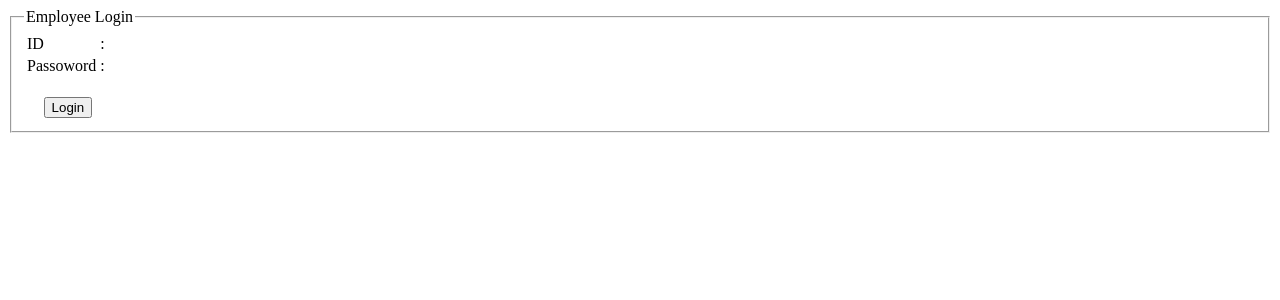
Repository: anishhegde14/TY_CG_HTD_BangaloreNovember_JFS_ANISHHEGDE
Page: ServletsandSprings/mywebapp/src/main/webapp/LoginPage.html
These files come from the project's save history. The page is drawn as it stood at one moment and after the next save; the edit follows.
The browser window is 1280 px wide. The pictures show the whole page.

Above is the page before, as saved 2019-12-16 14:07:17.

### ServletsandSprings/mywebapp/src/main/webapp/LoginPage.html
<!DOCTYPE html>
<html>
<head>
<meta charset="ISO-8859-1">
<title>Login Page</title>
</head>
<body>
	<fieldset>

		<legend>Employee Login</legend>
		<form action="./login" method="post">
			<table>
				<tr>

					<td>ID</td>
					<td>:</td>
					<td input type:"number" name:"empid" required></td>
				</tr><tr>
				<td>Passoword</td>
				<td>:</td>
				<td input type:"password" name:"password" required></td>
				</tr>

				<tr>

					<td colspan="3" align="center"><br> <input type="submit"
						value="Login"></td>
				</tr>
			</table>

		</form>

	</fieldset>
</body>
</html>

After the next save:
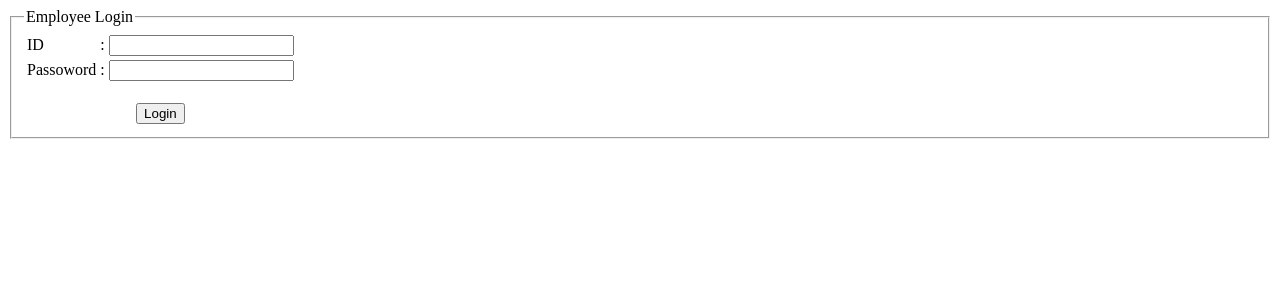
Saved 2 min 1 s later.
--- a/ServletsandSprings/mywebapp/src/main/webapp/LoginPage.html
+++ b/ServletsandSprings/mywebapp/src/main/webapp/LoginPage.html
@@ -14,11 +14,11 @@
 
 					<td>ID</td>
 					<td>:</td>
-					<td input type:"number" name:"empid" required></td>
+					<td><input type:"number" name:"empid" required></td>
 				</tr><tr>
 				<td>Passoword</td>
 				<td>:</td>
-				<td input type:"password" name:"password" required></td>
+				<td> <input type:"password" name:"password" required></td>
 				</tr>
 
 				<tr>
